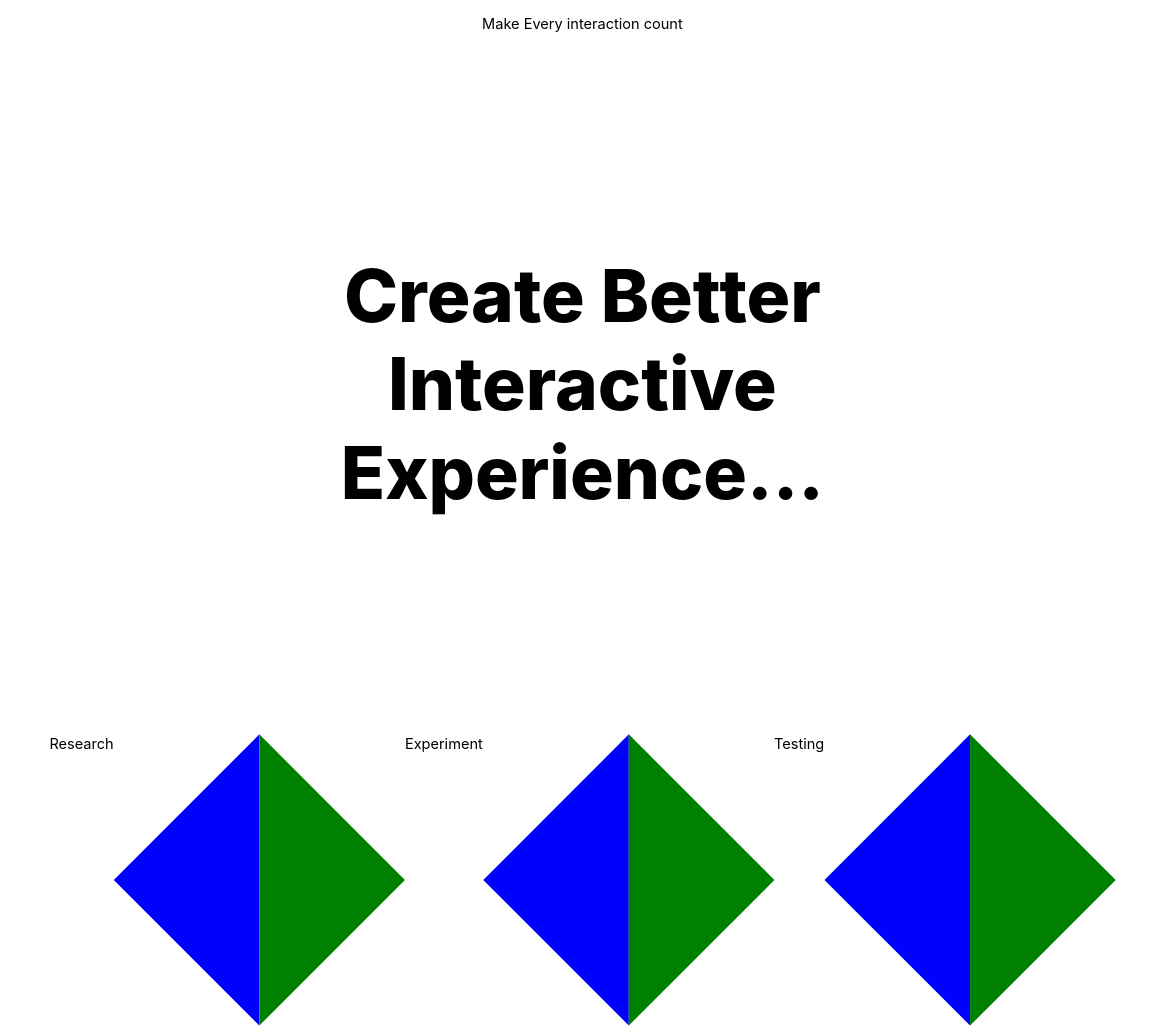
Repository: YingCG/interaction-design
Page: /
These files come from the project's save history. The page is drawn as it stood at one moment and after the next save; the edit follows.
The browser window is 1280 px wide. The pictures show the whole page, at 91% of full size.
The project was rebuilt for these pictures with package versions that can differ from the ones it lists, and the page was loaded fresh each time.

Above is the page before, as saved 2023-09-07 10:50:24.

### src/App.js
import logo from "./logo.svg";
import "./App.css";
import TripleDiamond from "./TripleDiamond";

function App() {
  return (
    <div className="App">
      Make Every interaction count
      <TripleDiamond />
    </div>
  );
}

export default App;

### src/App.css
.App {
  text-align: center;
  padding: 1em;
  height: 100vh;
}

.arrow-right {
  width: 0;
  height: 0;
  border-top: 10rem solid transparent;
  border-bottom: 10rem solid transparent;
  border-left: 10rem solid green;
}
.arrow-right:hover {
  border-left: 10rem solid #ffa1f5;
}

.arrow-left {
  width: 0;
  height: 0;
  border-top: 10rem solid transparent;
  border-bottom: 10rem solid transparent;
  border-right: 10rem solid blue;
}
.arrow-left:hover {
  border-right: 10rem solid #ffa1f5;
}

.container {
  display: flex;
  justify-content: center;
  align-items: center;
  width: 100%;
  flex-direction: column;
}

.text-content {
  padding: 3em;
  font-size: 5em;
  font-weight: 800;
  height: auto;
}

.triple-diamond {
  display: flex;
  width: 50%;
}

.container-triple {
  display: flex;
}

.text-above {
  flex-direction: column;
}

### src/TripleDiamond.jsx
import React, { useState } from "react";

function TripleDiamond() {
  const [info, setInfo] = useState("");

  function showInfo() {
    setInfo("new info");
  }
  // const showInfo = () => {

  // }

  return (
    <div className="container">
      <div className="text-content">
        Create Better Interactive Experience...
      </div>
      <div className="container-triple">
        <div className="triple-diamond">
          <div className="text-above">Research</div>
          <div className="arrow-left" onClick={showInfo}>
            {info}
          </div>
          <div className="arrow-right"></div>
        </div>

        <div className="triple-diamond">
          <div className="text-above">Experiment</div>
          <div className="arrow-left"></div>
          <div className="arrow-right"></div>
        </div>

        <div className="triple-diamond">
          <div className="text-above">Testing</div>
          <div className="arrow-left"></div>
          <div className="arrow-right"></div>
        </div>
      </div>
    </div>
  );
}

export default TripleDiamond;

Loaded but not shown: public/index.html (common file); src/index.js (common file); src/index.css (common file); src/reportWebVitals.js (common file)

After the next save:
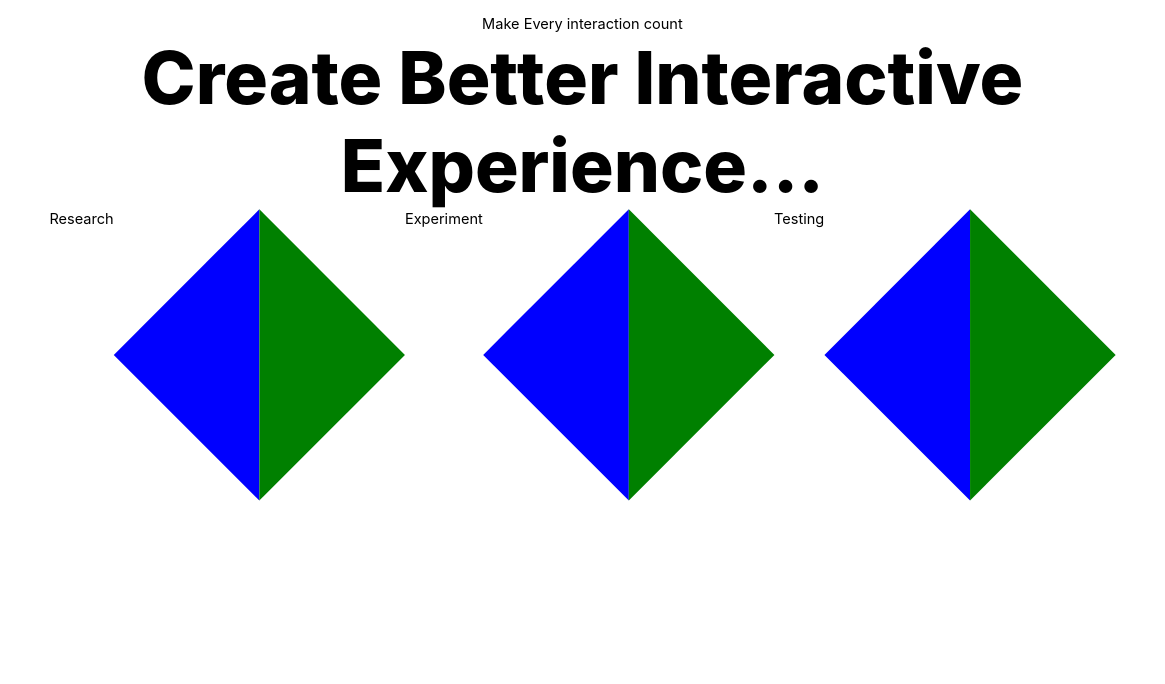
Saved 27 s later.
--- a/src/App.css
+++ b/src/App.css
@@ -35,10 +35,9 @@
 }
 
 .text-content {
-  padding: 3em;
+  /* padding: 3em; */
   font-size: 5em;
   font-weight: 800;
-  height: auto;
 }
 
 .triple-diamond {
